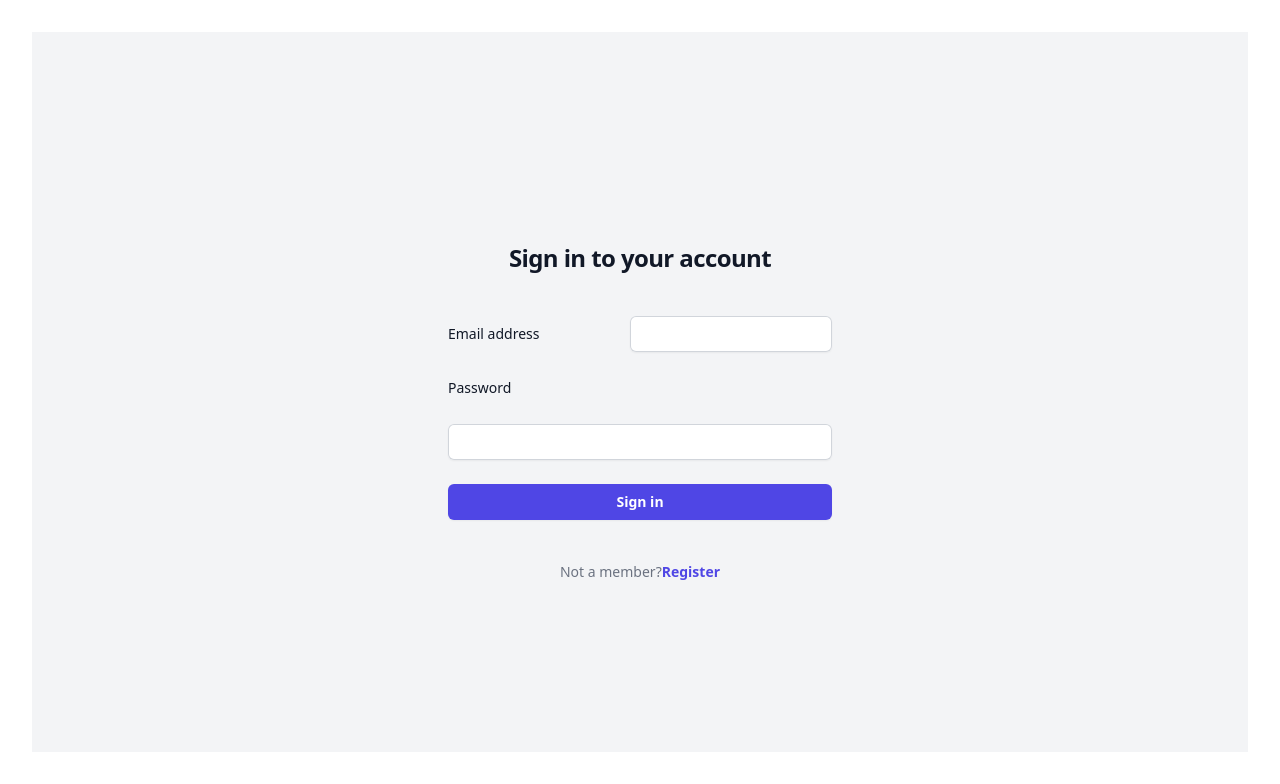
Repository: Wafaabahgat/Formik_React
Page: /
These files come from the project's save history. The page is drawn as it stood at one moment and after a run of saves; the edit follows.
The browser window is 1280 px wide. The pictures show the whole page.
The project was rebuilt for these pictures with package versions that can differ from the ones it lists, and the page was loaded fresh each time. Also part of the build but not shown: vite.config.ts.

Above is the page before, as saved 2024-02-13 20:58:10.

### src/App.tsx
// App.tsx
import React from "react";
import RegistrationForm from "./components/RegistrationForm";
import "./App.css";

const App: React.FC = () => {
  return (
    <div className="min-h-screen flex items-center justify-center bg-gray-100">
      <RegistrationForm />
    </div>
  );
};

export default App;

### src/components/RegistrationForm.jsx
// RegistrationForm.js
import React from "react";
// import { useFormik } from "formik";
// import * as Yup from "yup";

const RegistrationForm = () => {
  // const formik = useFormik({
  // initialValues: {
  // username: "",
  // password: "",
  // email: "",
  // },
  // validationSchema: Yup.object({
  // username: Yup.string()
  // .min(8, "Username must be at least 8 characters")
  // .max(20, "Username must be at most 20 characters")
  // .required("Username is required"),
  // password: Yup.string()
  // .min(8, "Password must be at least 8 characters")
  // .max(20, "Password must be at most 20 characters")
  // .matches(
  // /^(?=.*\d)(?=.*[a-z])(?=.*[A-Z])(?=.*[@#$%]).*$/,
  // "Password must meet the criteria"
  // )
  // .required("Password is required"),
  // email: Yup.string()
  // .email("Invalid email address")
  // .required("Email is required"),
  // }),
  // onSubmit: (values) => {
  // Handle form submission
  // console.log(values);
  // },
  // });

  return (
    <div className="flex min-h-full flex-1 flex-col justify-center px-6 py-12 lg:px-8">
      <div className="sm:mx-auto sm:w-full sm:max-w-sm">
        <h2 className="mt-10 text-center text-2xl font-bold leading-9 tracking-tight text-gray-900">
          Sign in to your account
        </h2>
      </div>

      <div className="mt-10 sm:mx-auto sm:w-full sm:max-w-sm">
        <form className="space-y-6" action="#" method="POST">
        <div className="flex items-center justify-between">
            <label
              htmlFor="email"
              className="block text-sm font-medium leading-6 text-gray-900"
            >
              Email address
            </label>
            <div className="">
              <input
                id="email"
                name="email"
                type="email"
                autoComplete="email"
                required
                className="block w-full rounded-md border-0 py-1.5 text-gray-900 shadow-sm ring-1 ring-inset ring-gray-300 placeholder:text-gray-400 focus:ring-2 focus:ring-inset focus:ring-indigo-600 sm:text-sm sm:leading-6"
              />
            </div>
          </div>

          <div className="flex items-center justify-between">
            <label
              htmlFor="password"
              className="block text-sm font-medium leading-6 text-gray-900"
            >
              Password
            </label>
          </div>
          <div className="">
            <input
              id="password"
              name="password"
              type="password"
              autoComplete="current-password"
              required
              className="block w-full rounded-md border-0 py-1.5 text-gray-900 shadow-sm ring-1 ring-inset ring-gray-300 placeholder:text-gray-400 focus:ring-2 focus:ring-inset focus:ring-indigo-600 sm:text-sm sm:leading-6"
            />
          </div>

          <div>
            <button
              type="submit"
              className="flex w-full justify-center rounded-md bg-indigo-600 px-3 py-1.5 text-sm font-semibold leading-6 text-white shadow-sm hover:bg-indigo-500 focus-visible:outline focus-visible:outline-2 focus-visible:outline-offset-2 focus-visible:outline-indigo-600"
            >
              Sign in
            </button>
          </div>
        </form>

        <p className="mt-10 text-center text-sm text-gray-500">
          Not a member?
          <a
            href="#"
            className="font-semibold leading-6 text-indigo-600 hover:text-indigo-500"
          >
            Register
          </a>
        </p>
      </div>
    </div>
  );
};

export default RegistrationForm;

Loaded but not shown: index.html (common file); src/main.tsx (common file); src/App.css (common file); tailwind.config.js (common file)

After the next 4 saves:
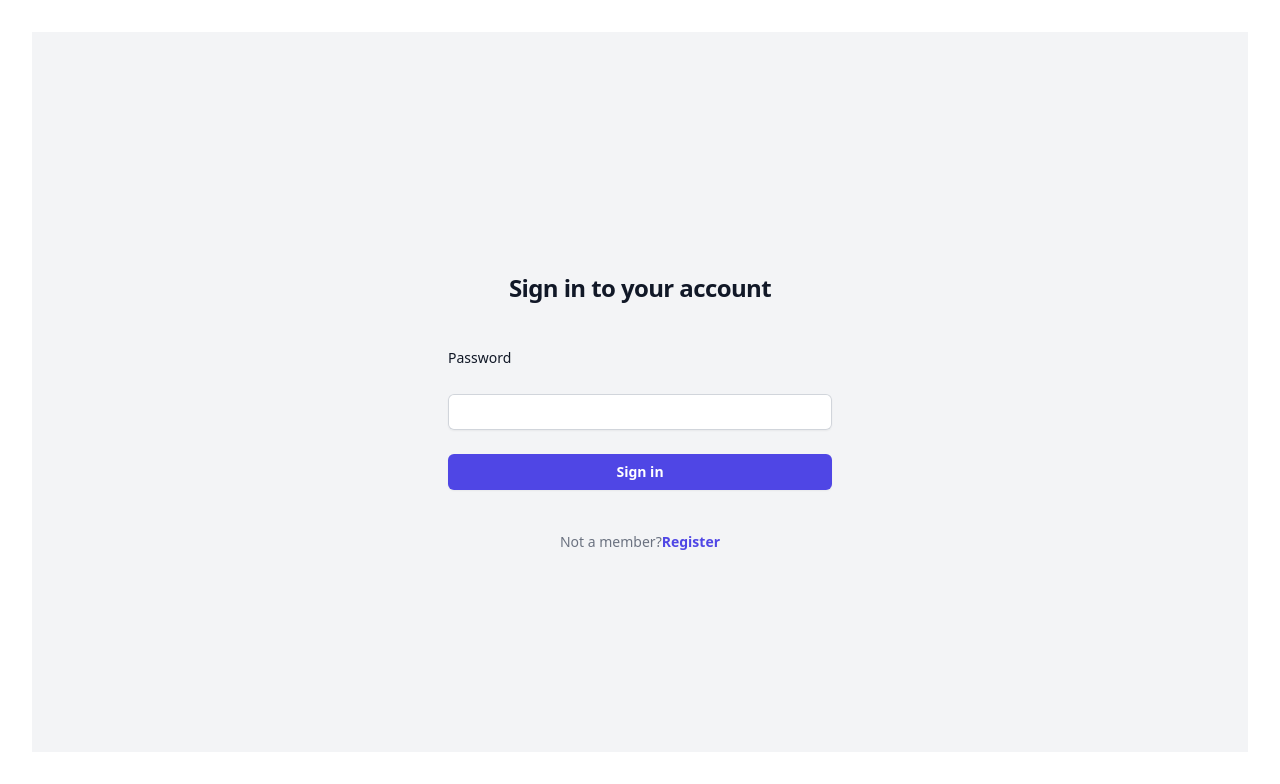
The 4 saves are shown as one change because they came seconds apart.
The last was saved 15 s later.
--- a/src/components/RegistrationForm.jsx
+++ b/src/components/RegistrationForm.jsx
@@ -43,25 +43,6 @@ const RegistrationForm = () => {
 
       <div className="mt-10 sm:mx-auto sm:w-full sm:max-w-sm">
         <form className="space-y-6" action="#" method="POST">
-        <div className="flex items-center justify-between">
-            <label
-              htmlFor="email"
-              className="block text-sm font-medium leading-6 text-gray-900"
-            >
-              Email address
-            </label>
-            <div className="">
-              <input
-                id="email"
-                name="email"
-                type="email"
-                autoComplete="email"
-                required
-                className="block w-full rounded-md border-0 py-1.5 text-gray-900 shadow-sm ring-1 ring-inset ring-gray-300 placeholder:text-gray-400 focus:ring-2 focus:ring-inset focus:ring-indigo-600 sm:text-sm sm:leading-6"
-              />
-            </div>
-          </div>
-
           <div className="flex items-center justify-between">
             <label
               htmlFor="password"
